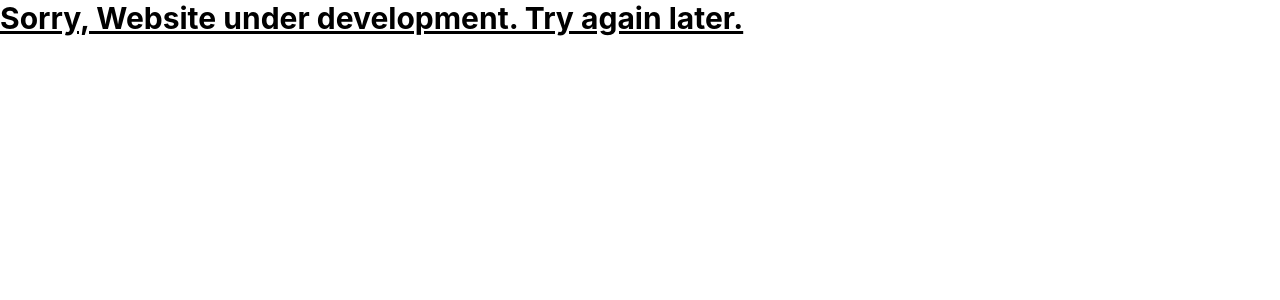
Repository: farrelmuhammad/sims-ppob
Page: /
An editor plug-in stored every save of this project. The page is shown before and after the next save, followed by the edit.
The browser window is 1280 px wide. The pictures show the whole page.
The project was rebuilt for these pictures with package versions that can differ from the ones it lists, and the page was loaded fresh each time. Also part of the build but not shown: src/App.css.

Above is the page before, as saved 2023-09-04 22:55:40.

### public/index.html
<!DOCTYPE html>
<html lang="en">

<head>
  <meta charset="utf-8" />
  <link rel="icon" href="%PUBLIC_URL%/favicon.ico" />
  <meta name="viewport" content="width=device-width, initial-scale=1" />
  <meta name="theme-color" content="#000000" />
  <meta name="description" content="Assignment
      React.js
      Programmer

      Departement SIMS" />
  <link rel="apple-touch-icon" href="%PUBLIC_URL%/logo192.png" />
  <!--
      manifest.json provides metadata used when your web app is installed on a
      user's mobile device or desktop. See https://developers.google.com/web/fundamentals/web-app-manifest/
    -->
  <link rel="manifest" href="%PUBLIC_URL%/manifest.json" />
  <!--
      Notice the use of %PUBLIC_URL% in the tags above.
      It will be replaced with the URL of the `public` folder during the build.
      Only files inside the `public` folder can be referenced from the HTML.

      Unlike "/favicon.ico" or "favicon.ico", "%PUBLIC_URL%/favicon.ico" will
      work correctly both with client-side routing and a non-root public URL.
      Learn how to configure a non-root public URL by running `npm run build`.
    -->
  <title>SIMS PPOB-Farrel Muhammad</title>
</head>

<body>
  <noscript>You need to enable JavaScript to run this app.</noscript>
  <div id="root"></div>
  <!--
      This HTML file is a template.
      If you open it directly in the browser, you will see an empty page.

      You can add webfonts, meta tags, or analytics to this file.
      The build step will place the bundled scripts into the <body> tag.

      To begin the development, run `npm start` or `yarn start`.
      To create a production bundle, use `npm run build` or `yarn build`.
    -->
</body>

</html>

### src/App.js
import logo from './logo.svg';
import './App.css';

function App() {
  return (
    <h1 className="text-3xl font-bold underline">
      Sorry, Website under development. Try again later.
    </h1>
  );
}

export default App;

Loaded but not shown: src/index.js (common file); src/index.css (common file); src/reportWebVitals.js (common file); tailwind.config.js (common file)

After the next save:
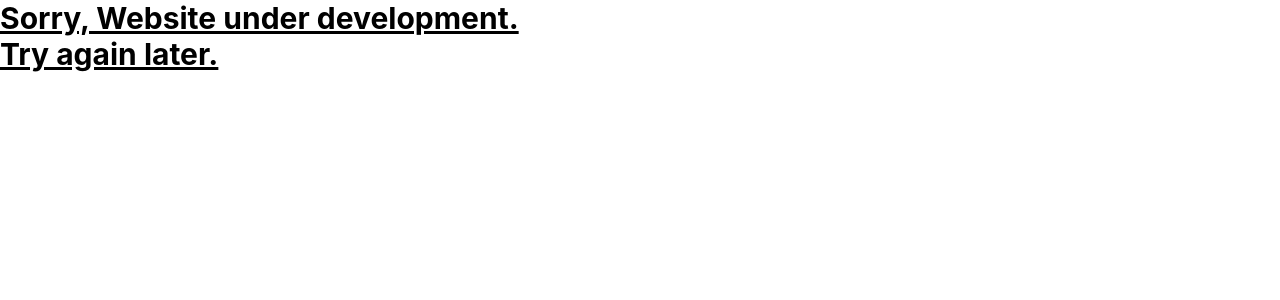
Saved 21 s later.
--- a/src/App.js
+++ b/src/App.js
@@ -4,7 +4,7 @@ import './App.css';
 function App() {
   return (
     <h1 className="text-3xl font-bold underline">
-      Sorry, Website under development. Try again later.
+      Sorry, Website under development.<br></br> Try again later.
     </h1>
   );
 }
